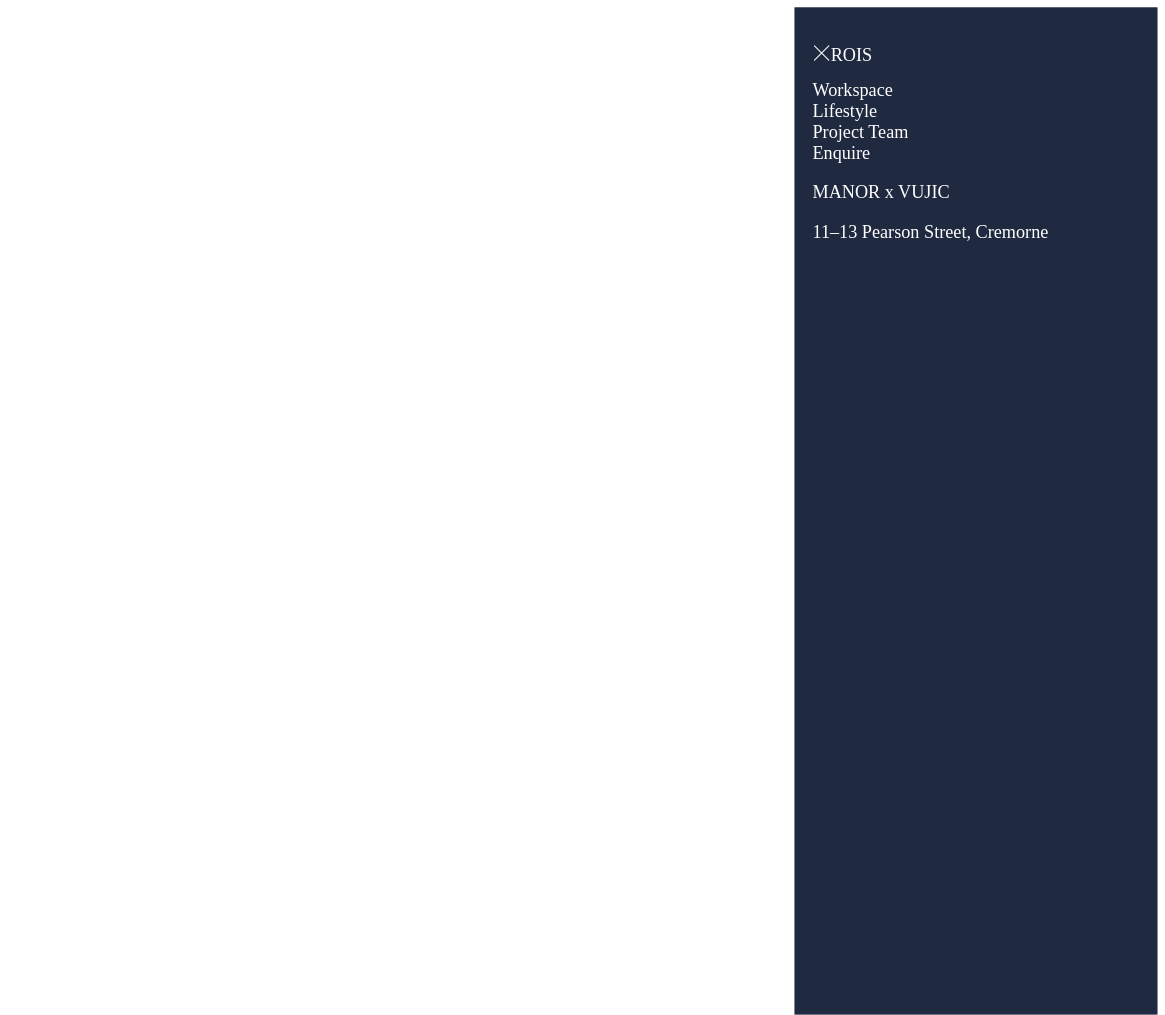
Repository: ThanhMai6507/Rois-Landing-Page
Page: index.html
The author's editor kept a copy of each file at every save. The page is drawn from the files as they stood at one save, then again after the next save.
The browser window is 1280 px wide. The pictures show the whole page, at 91% of full size.

Above is the page before, as saved 2022-10-31 10:59:54.

### index.html
<!DOCTYPE html>
<html lang="en">
<head>
    <meta charset="UTF-8">
    <meta http-equiv="X-UA-Compatible" content="IE=edge">
    <meta name="viewport" content="width=device-width, initial-scale=1.0">
    <link rel="stylesheet" href="./style.css">
    <link rel="stylesheet" href="css/themify-icons.css">
    <title>Document</title>
</head>
<body>
    <div class="main">
        <div class="first_page">
            <div class="menu">
                <p class="title ti-close">ROIS</p>
                <div class="menu-list">
                    <a href="" class="menu-item">Workspace</a><br>
                    <a href="" class="menu-item">Lifestyle</a><br>
                    <a href="" class="menu-item">Project Team</a><br>
                    <a href="" class="menu-item">Enquire</a><br>
                </div>
                <footer class="menu-footer">
                    <p>MANOR x VUJIC</p>
                    <a href="">11–13 Pearson Street, Cremorne</a>
                </footer>
            </div>
        </div>
    </div>
</body>
</html>

### style.css
.first_page {
    width: 100%;
    height: 1087px;
    background-color: #fff;
    position: relative;
    display: flex;
    justify-content: end;
    font-family: 'Times New Roman', Times, serif;
    font-size: 20px;
}

.menu {
    position: absolute;
    width: 30%;
    height: 1087px;
    background-color: #1F2940;
    color: #FEFEFE;
    padding-left: 20px;
    padding-top: 20px;
}

a {
    text-decoration: none;
    color: #fff;
    margin-bottom: 5px;
}

footer {
    margin-bottom: 30px;
}

Loaded but not shown: asset/themify-icons/themify-icons.css (common file)

After the next save:
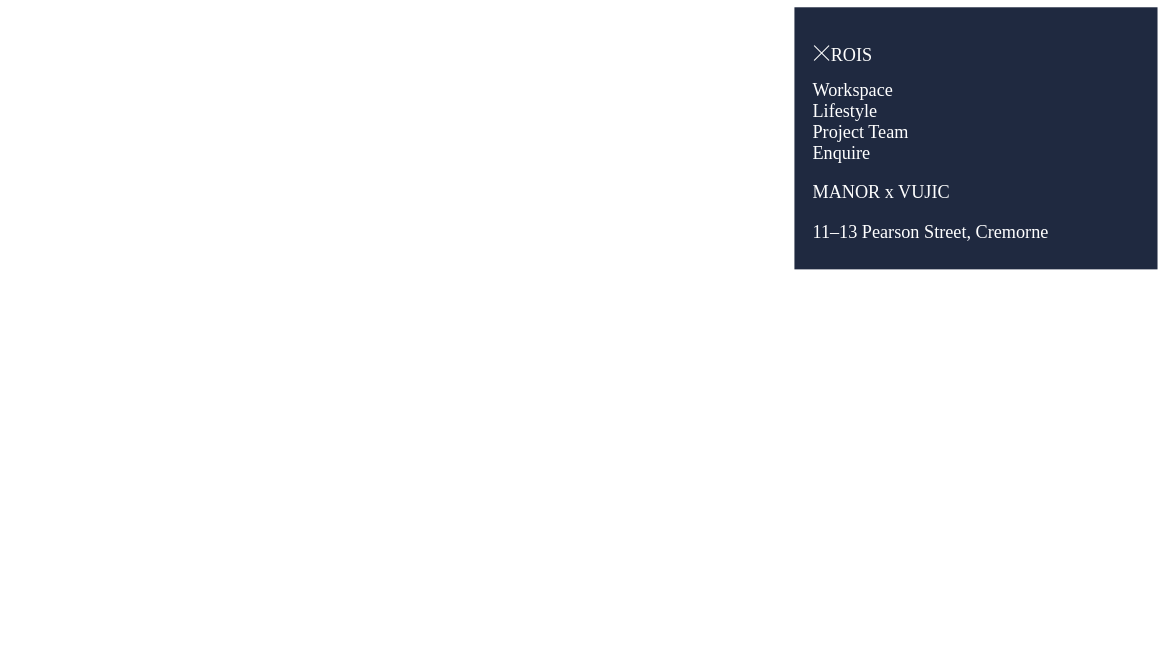
Saved 63 s later.
--- a/style.css
+++ b/style.css
@@ -1,6 +1,6 @@
 .first_page {
     width: 100%;
-    height: 1087px;
+    /* height: 1087px; */
     background-color: #fff;
     position: relative;
     display: flex;
@@ -12,7 +12,7 @@
 .menu {
     position: absolute;
     width: 30%;
-    height: 1087px;
+    /* height: 1087px; */
     background-color: #1F2940;
     color: #FEFEFE;
     padding-left: 20px;

After the save that followed:
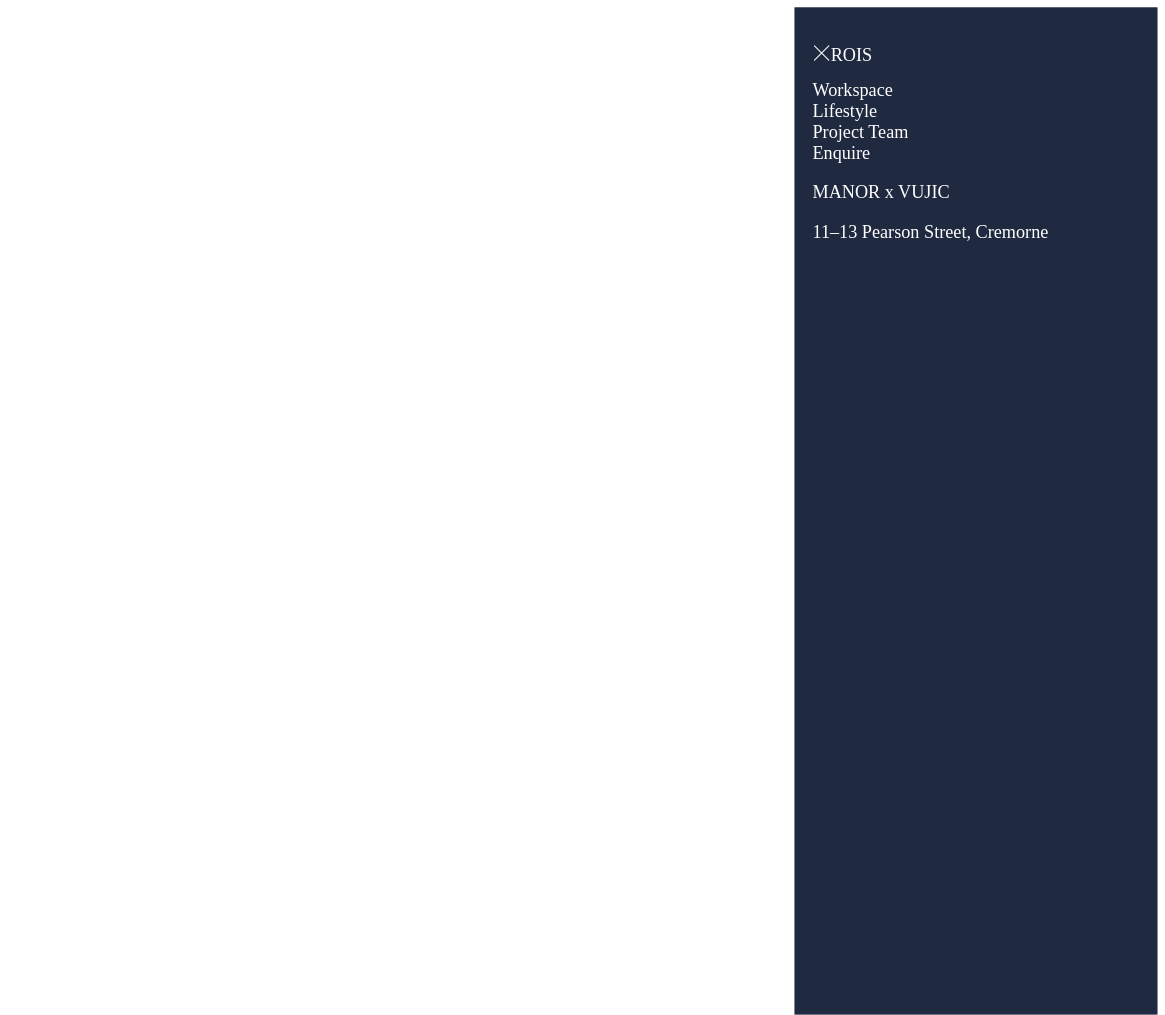
Saved 6 s later.
--- a/style.css
+++ b/style.css
@@ -1,6 +1,6 @@
 .first_page {
     width: 100%;
-    /* height: 1087px; */
+    height: 1087px;
     background-color: #fff;
     position: relative;
     display: flex;
@@ -12,7 +12,7 @@
 .menu {
     position: absolute;
     width: 30%;
-    /* height: 1087px; */
+    height: 1087px;
     background-color: #1F2940;
     color: #FEFEFE;
     padding-left: 20px;
